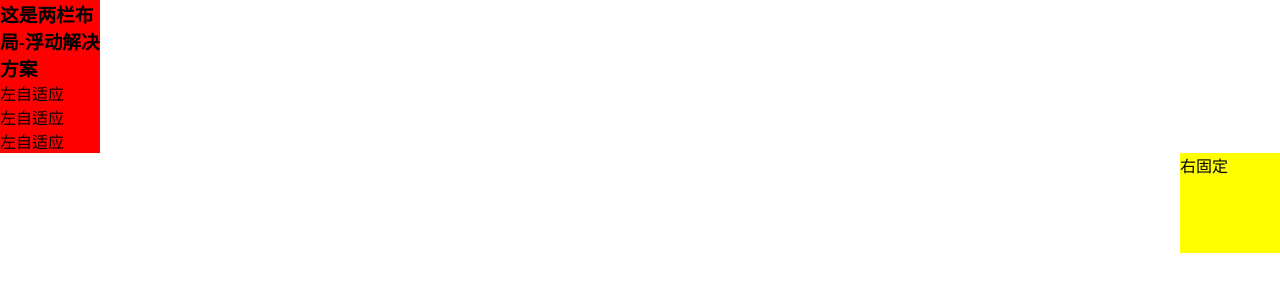
Repository: Qianfane/Blog
Page: 面试相关/测试/2-2、两栏布局-右固定左自适应.html
An editor plug-in stored every save of this project. The page is shown before and after a run of saves, followed by the edit.
The browser window is 1280 px wide. The pictures show the whole page.

Above is the page before, as saved 2022-01-03 16:21:50.

After the next 2 saves:
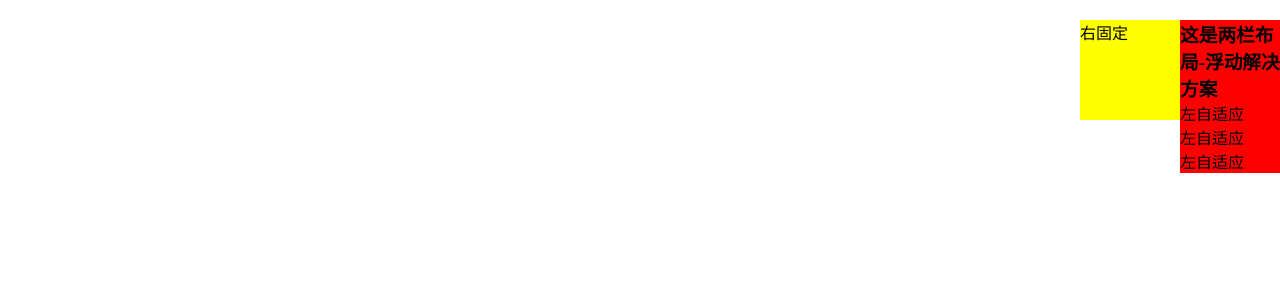
The 2 saves are shown as one change because they came seconds apart.
The last was saved 20 s later.
--- a/面试相关/测试/2-2、两栏布局-右固定左自适应.html
+++ b/面试相关/测试/2-2、两栏布局-右固定左自适应.html
@@ -27,7 +27,7 @@
     <section class="layout float">
         <style>
             .layout.float .left {
-                /* float: left; */
+                float: right;
                 /* left: 0;
                 right: 100px; */
 
